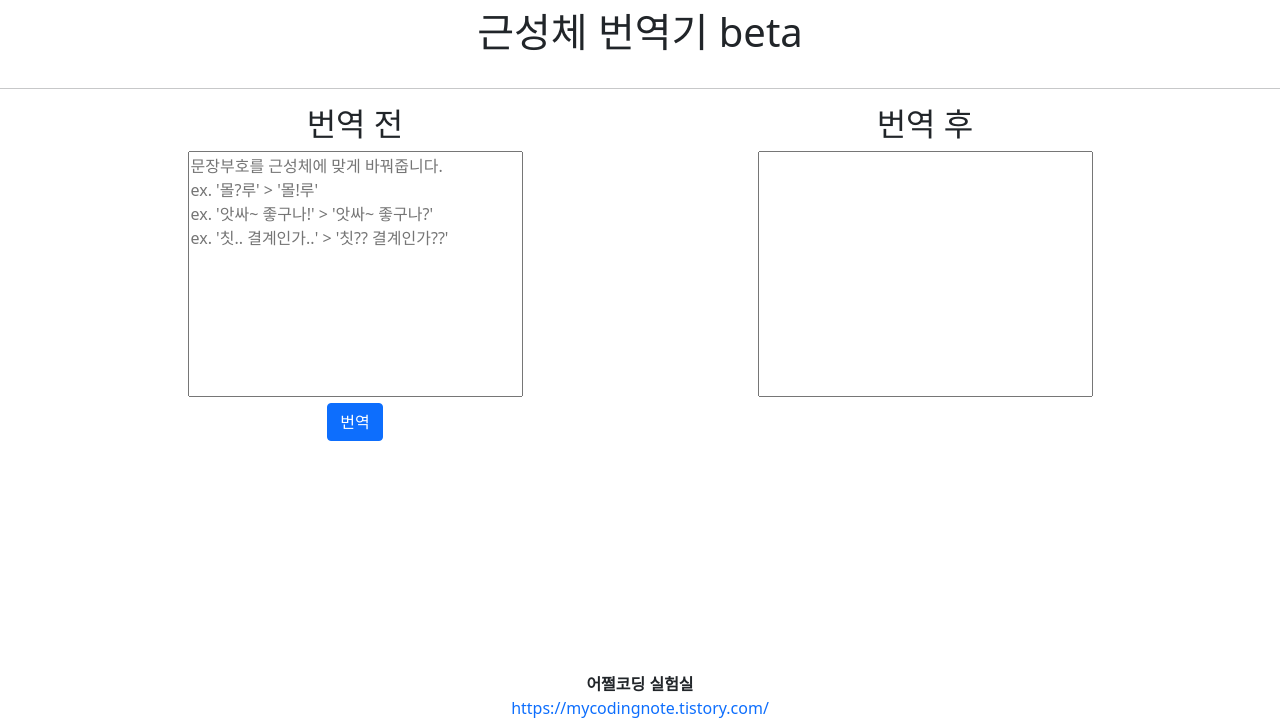
Repository: mickey530/jsp_practice
Page: http://localhost/JSPBasic/sungmo_send.jsp
These files come from the project's save history. The page is drawn as it stood at one moment and after the next save; the edit follows.
The browser window is 1280 px wide. The pictures show the whole page.
The page is served by Tomcat 9.

Above is the page before, as saved 2022-02-05 17:24:22.

### JSPBasic/src/main/webapp/sungmo_send.jsp
<%@ page language="java" contentType="text/html; charset=UTF-8"
    pageEncoding="UTF-8"%>
<!DOCTYPE html>
<html>
<head>
<meta charset="UTF-8">
<!-- 미디어 쿼리 -->
<meta name="viewport" content="width=device-width, initial-scale=1">
<!-- 부트스트랩 링크 -->
<link href="https://cdn.jsdelivr.net/npm/bootstrap@5.1.3/dist/css/bootstrap.min.css" rel="stylesheet" integrity="sha384-1BmE4kWBq78iYhFldvKuhfTAU6auU8tT94WrHftjDbrCEXSU1oBoqyl2QvZ6jIW3" crossorigin="anonymous">
<style>
	header {margin:0px; padding:8px; position:sticky; top:0px;}
	h1, h2 {text-align:center;}
	textarea {resize:none;}
	footer {
		width:100%;
		text-align:center;
		position:fixed;
		left:0px;
		bottom:0px;
		}
	a {text-decoration:none;}

</style>
<title>근성체 번역기</title>
</head>
<body>
<header>

	<h1>근성체 번역기 beta</h1>

</header>

<hr/>

<div class="container-md">

	<div class="row">

		<div class="col">
			<h2>번역 전</h2>
			<form action="sungmo_getpost.jsp" method="get" style="text-align:center">
				<textarea name="text" placeholder="문장부호를 근성체에 맞게 바꿔줍니다.&#13;&#10;ex. '몰?루' > '몰!루'&#13;&#10;ex. '앗싸~ 좋구나!' > '앗싸~ 좋구나?'&#13;&#10;ex. '칫.. 결계인가..' > '칫?? 결계인가??' " rows="10" cols="34" resize="none"></textarea><br/>
				<input type="submit" class="btn btn-primary" value="번역"/>
			</form>
		</div>

		<div class="col">
			<h2>번역 후</h2>
			<div class="result">

				<form action="sungmo_getpost.jsp" method="get" style="text-align:center">
					<textarea name="text" rows="10" cols="34"></textarea><br/>
				</form>

			</div>

	</div>

</div>

<footer>
	<strong>어쩔코딩 실험실</strong><br/>
	<a href="https://mycodingnote.tistory.com/">https://mycodingnote.tistory.com/</a>
</footer>

</body>
</html>

After the next save:
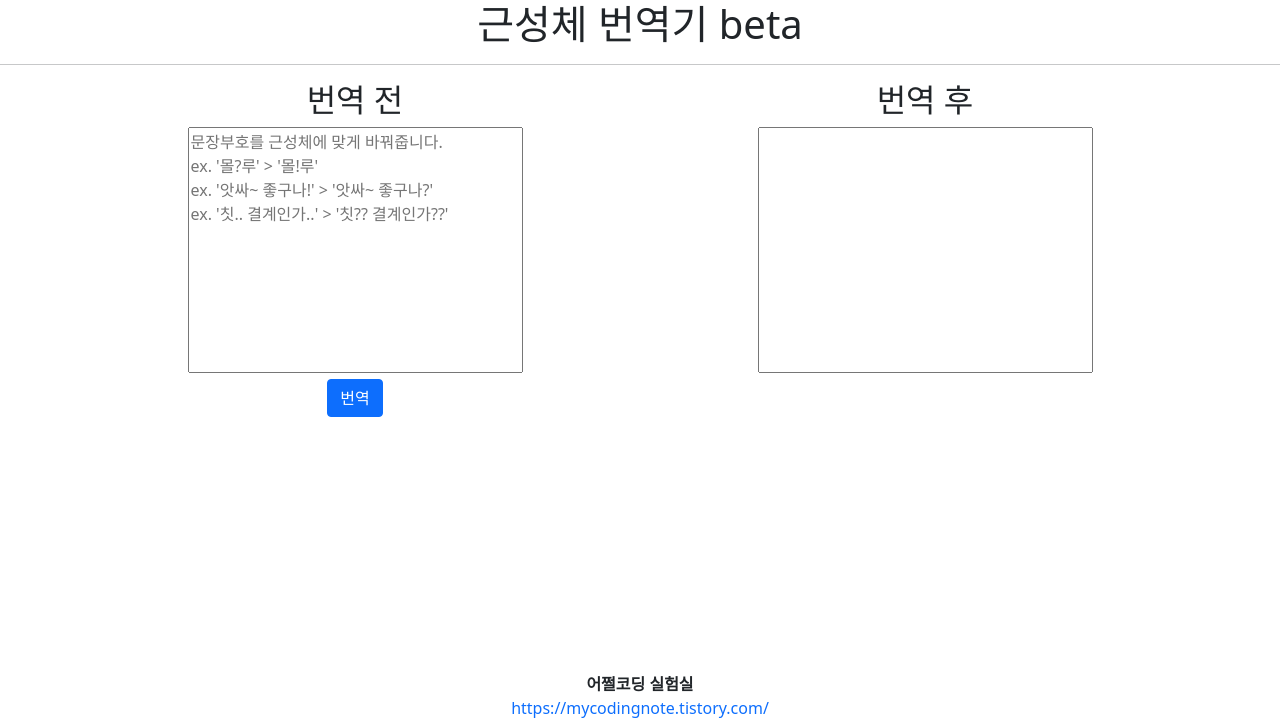
Saved 11 s later.
--- a/JSPBasic/src/main/webapp/sungmo_send.jsp
+++ b/JSPBasic/src/main/webapp/sungmo_send.jsp
@@ -9,7 +9,7 @@
 <!-- 부트스트랩 링크 -->
 <link href="https://cdn.jsdelivr.net/npm/bootstrap@5.1.3/dist/css/bootstrap.min.css" rel="stylesheet" integrity="sha384-1BmE4kWBq78iYhFldvKuhfTAU6auU8tT94WrHftjDbrCEXSU1oBoqyl2QvZ6jIW3" crossorigin="anonymous">
 <style>
-	header {margin:0px; padding:8px; position:sticky; top:0px;}
+	header {margin:0px; position:sticky; top:0px;}
 	h1, h2 {text-align:center;}
 	textarea {resize:none;}
 	footer {

After the 2 saves that followed:
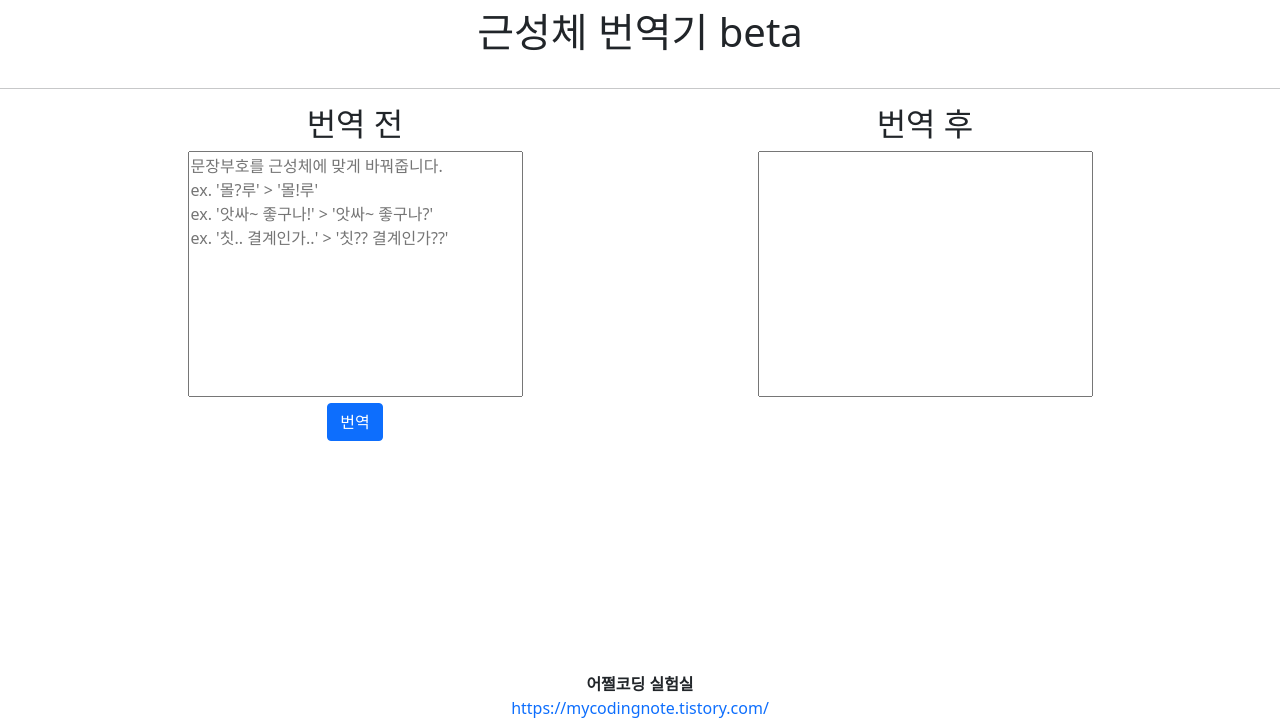
The 2 saves are shown as one change because 1 left the picture as it was.
The last was saved 18 s later.
--- a/JSPBasic/src/main/webapp/sungmo_send.jsp
+++ b/JSPBasic/src/main/webapp/sungmo_send.jsp
@@ -9,7 +9,7 @@
 <!-- 부트스트랩 링크 -->
 <link href="https://cdn.jsdelivr.net/npm/bootstrap@5.1.3/dist/css/bootstrap.min.css" rel="stylesheet" integrity="sha384-1BmE4kWBq78iYhFldvKuhfTAU6auU8tT94WrHftjDbrCEXSU1oBoqyl2QvZ6jIW3" crossorigin="anonymous">
 <style>
-	header {margin:0px; position:sticky; top:0px;}
+	header {margin:0px; padding:8px; position:sticky; top:0px;}
 	h1, h2 {text-align:center;}
 	textarea {resize:none;}
 	footer {
